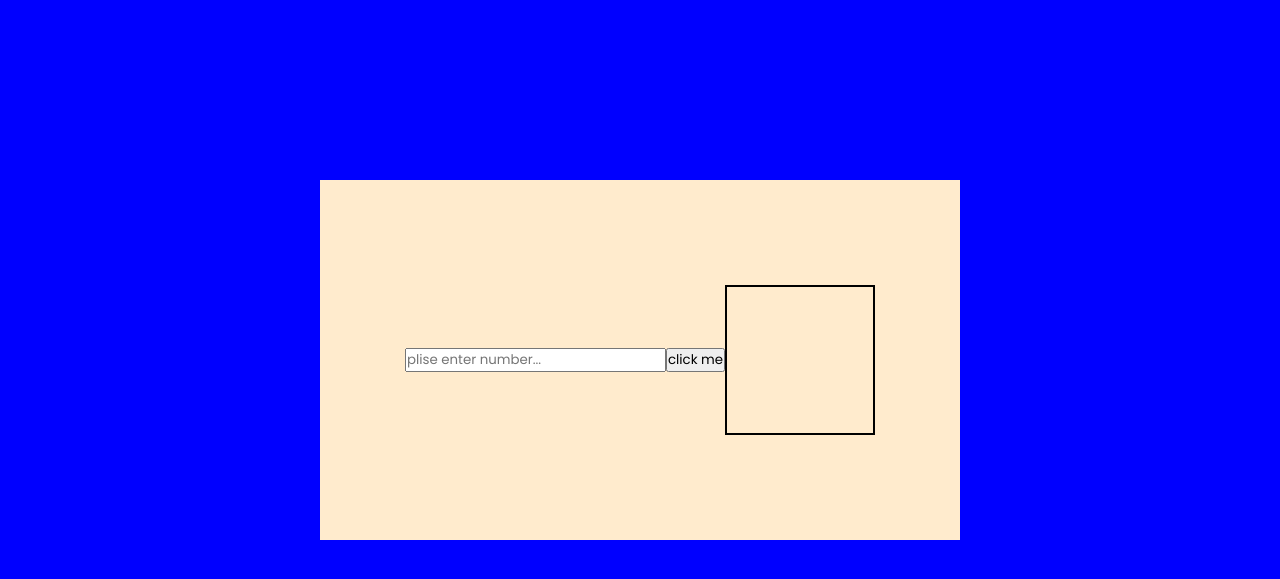
Repository: NarekTovmasyan/promise
Page: inex.html
The author's editor kept a copy of each file at every save. The page is drawn from the files as they stood at one save, then again after the next save.
The browser window is 1280 px wide. The pictures show the whole page.

Above is the page before, as saved 2022-02-21 21:26:27.

### inex.html
<!DOCTYPE html>
<html lang="en">

<head>
    <meta charset="UTF-8">
    <meta http-equiv="X-UA-Compatible" content="IE=edge">
    <meta name="viewport" content="width=device-width, initial-scale=1.0">
    <title>Document</title>
    <link rel="stylesheet" href="./style.css">
</head>

<body>
    <div class="body">
        <div class="conteiner">
            <div class="main">
                <input type="number" id="value" placeholder="plise enter number...">
                <button class="btn" id="button">click me</button>
                <div class="table" id="show-text"></div>
            </div>
        </div>
    </div>
    <script src="./script.js"></script>
</body>

</html>

### style.css
@import url('https://fonts.googleapis.com/css2?family=Poppins:wght@200;300;400;500;600;700&display=swap');
* {
    margin: 0;
    padding: 0;
    box-sizing: border-box;
    font-family: 'Poppins', sans-serif;
}

.body {
    background-color: blue;
    position: absolute;
    width: 100%;
    height: 100%;
    display: flex;
    align-items: center;
    justify-content: center;
}

.conteiner {
    background-color: blanchedalmond;
    position: relative;
    width: 50%;
    height: 50%;
    display: flex;
    align-items: center;
    justify-content: center;
}

.main {
    display: contents;
    flex-direction: row;
}


/* .btn {

} */

.table {
    border: 2px solid black;
    width: 150px;
    height: 150px;
}

### script.js
// const myBirthday = (isSick) => {
//     return new Promise(function (resolve, reject) {
//       if (!isSick) {
//         setTimeout(() => resolve(2), 2000);
//       } else {
//         reject("I dont have cake :разочарование_облегчение:");
//       }
//     });
//   };
//   const handleCake = async () => {
//     try {
//       let result = await myBirthday(true); // result = 2
//       console.log(`I have ${result} cakes :день_рождения:`);
//     } catch (err) {
//       console.log(err);
//     } finally {
//       console.log("Party");
//     }
//   };
//   handleCake();



// myBirthday(true)
//   .then((result) => console.log(`I have ${result} cakes :день_рождения:`))
//   .catch((err) => console.log(err))
//   .finally(() => console.log("Party"));


// let number = 5;

// function compare(argument) {
//     return new Promise(function(resolve, reject) {
//         if (number > argument) {
//             resolve(number)
//         } else {
//             reject(new Error("oops"))
//         }
//     })
// };
// compare(6).then(function(number) {
//     console.log(number);
// }).catch(function(error) {
//     console.log(error);
// }).finally(() => {
//     console.log("barlus");
// })

const value = document.getElementById("value").value;
const button = document.getElementById("button")
const showText = document.getElementById("show-text");

button.addEventListener("click", function() {
    function getRandomInt(max) {
        return Math.floor(Math.random() * max);
    }
    showText.innerText = "random number: " + getRandomInt(6);
})

After the next save:
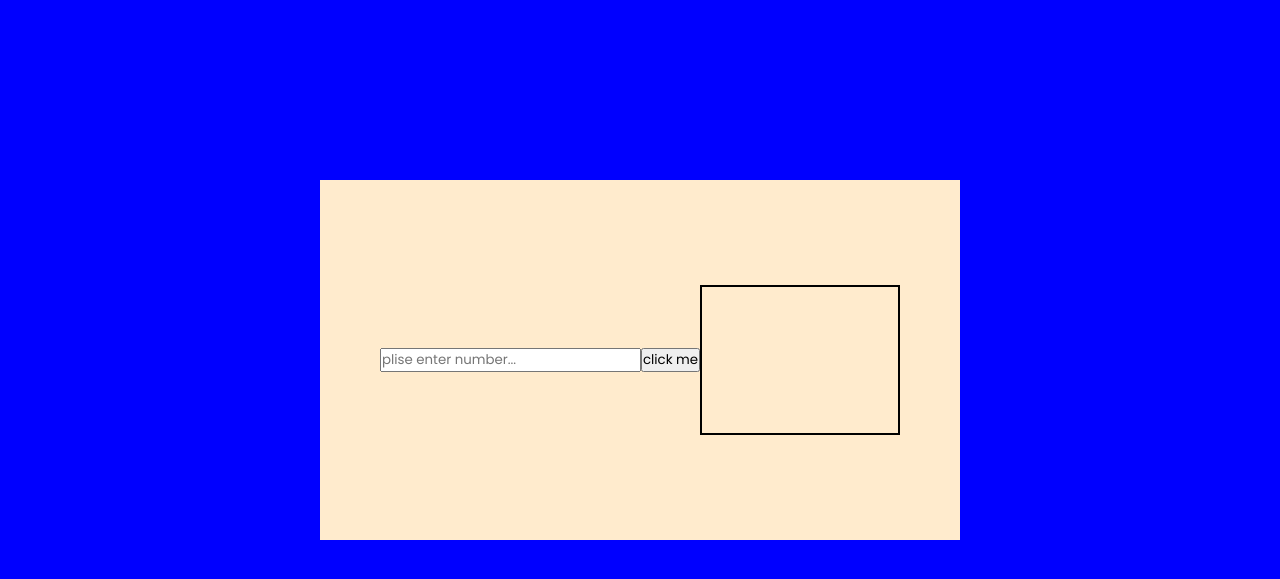
Saved 29 s later.
--- a/style.css
+++ b/style.css
@@ -38,6 +38,6 @@
 
 .table {
     border: 2px solid black;
-    width: 150px;
+    width: 200px;
     height: 150px;
 }
